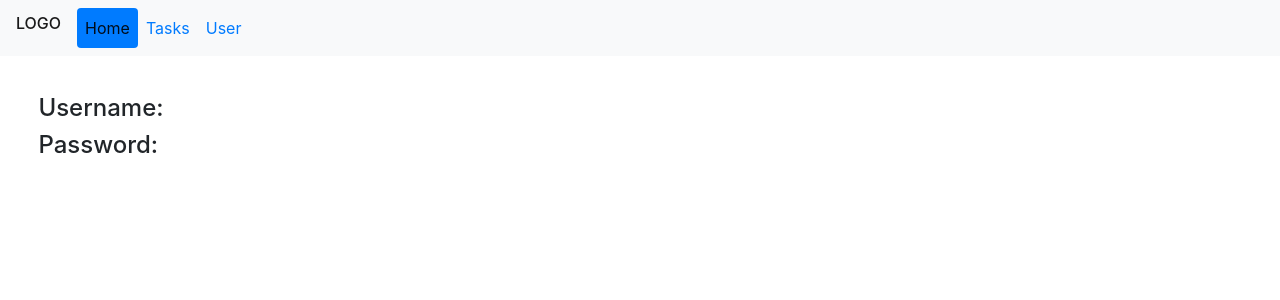
Repository: lalji-yadav/Nimapinfotech-demo-project
Page: /user
The author's editor kept a copy of each file at every save. The page is drawn from the files as they stood at one save, then again after the next save.
The browser window is 1280 px wide. The pictures show the whole page.
The project was rebuilt for these pictures with package versions that can differ from the ones it lists, and the page was loaded fresh each time. Also part of the build but not shown: src/components/Home.js, src/components/Tasks.js, src/components/Login.js.

Above is the page before, as saved 2021-01-17 19:11:29.

### src/App.js
// import './App.css';
import Navbar from "./components/Navbars";
import Login from "./components/Login";


function App() {
  return (
    <div>

    {/* <Login /> */}
    <Navbar />
    </div>
  );
}

export default App;

### src/components/Navbars.js
import React from 'react';
import { Navbar,Nav,NavDropdown,Form,FormControl ,Button } from 'react-bootstrap';
import {
  BrowserRouter as Router,
  Switch,
  Route,
  Link
} from "react-router-dom";

import Home from "./Home";
import Tasks from "./Tasks";
import User from "./Users";
import Login from "./Login";


const Navbars=()=> {
        return (
            <div>

              <Router>
                  <Navbar bg="light" expand="lg">
                      <Navbar.Brand> <h6>LOGO</h6></Navbar.Brand>
                      <Navbar.Toggle aria-controls="basic-navbar-nav" />
                      <Navbar.Collapse id="basic-navbar-nav">
                      <Nav variant="pills" defaultActiveKey="/">
                        <Nav.Item>
                          <Nav.Link href="/">Home </Nav.Link>
                        </Nav.Item>
                        <Nav.Item>
                          <Nav.Link eventKey="link-1"> <Link to="/tasks"> Tasks </Link> </Nav.Link>
                        </Nav.Item>
                        <Nav.Item>
                          <Nav.Link eventKey="link-2">
                          <Link to="/user"> User </Link>
                          </Nav.Link>
                        </Nav.Item>
                      </Nav>
                      </Navbar.Collapse>
                    </Navbar>


                    <Switch>
                      <Route exact path="/" component={Home} />

                      <Route exact path="/user" component={User} />

                      <Route exact path="/tasks" component={Tasks} />

                      <Route exact path="/login" component={Login} />

                    </Switch>
             </Router>

            </div>
        );
    }

export default Navbars;

### src/components/Users.js
import React from 'react';

const User=()=> {

        return (
            <div style={{padding:"3%"}}>
                <div className="row" c>
                    <div className="col-sm-5">
                        <h4>Username:</h4> <span> </span>
                        <h4>Password:</h4> <span> </span>

                    </div>

                </div>
            </div>
        );
    }

export default User;

### src/App.css
.scroll-tab {
    height: 55vh;
    margin: 3% 3% 5% 3%;
    overflow-y: scroll;
    border: "1px solid red";
}
::-webkit-scrollbar{
    width: 12px;
    height: 12px;
}
::-webkit-scrollbar-track {
    box-shadow: inset 0 0 10px #4A4A4A;
    border-radius: 10px;
    }

    ::-webkit-scrollbar-thumb {
    border-radius: 10px;
    background: #4A4A4A;
}

Loaded but not shown: public/index.html (common file); src/index.js (common file); src/index.css (common file); src/reportWebVitals.js (common file)

After the next save:
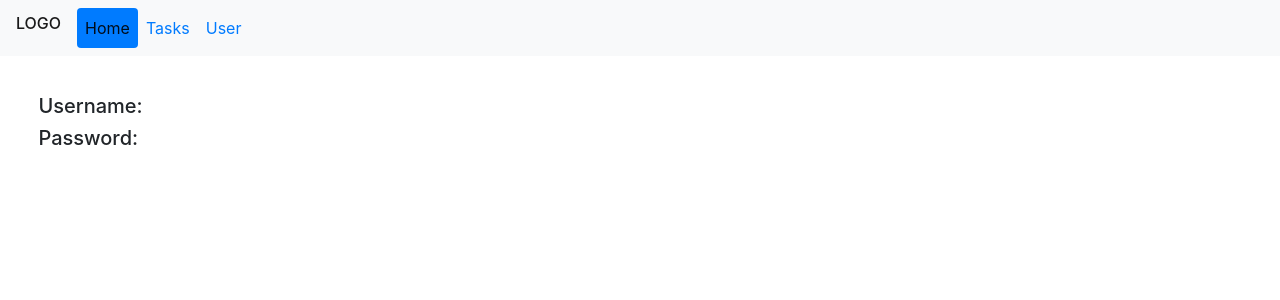
Saved 17 s later.
--- a/src/components/Users.js
+++ b/src/components/Users.js
@@ -6,8 +6,8 @@ const User=()=> {
             <div style={{padding:"3%"}}>
                 <div className="row" c>
                     <div className="col-sm-5">
-                        <h4>Username:</h4> <span> </span>
-                        <h4>Password:</h4> <span> </span>
+                        <h5>Username:</h5> <span> </span>
+                        <h5>Password:</h5> <span> </span>
 
                     </div>
 
